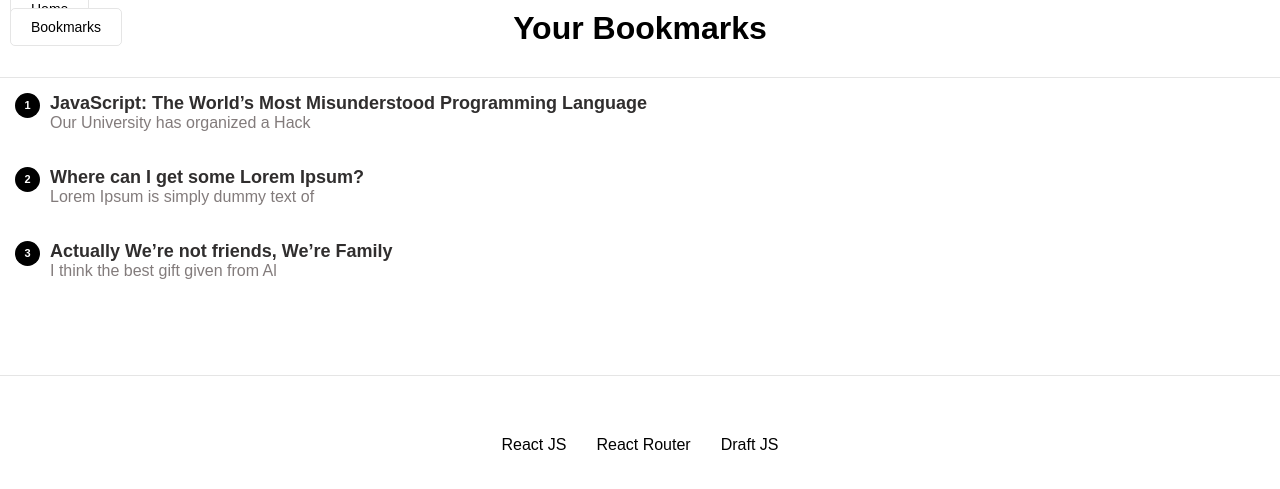
Repository: DevLaukey/task
Page: /react-mini-blog/bookmark
These files come from the project's save history. The page is drawn as it stood at one moment and after the next save; the edit follows.
The browser window is 1280 px wide. The pictures show the whole page.
The project was rebuilt for these pictures with package versions that can differ from the ones it lists, and the page was loaded fresh each time. Also part of the build but not shown: src/data.js, src/Components/content/Post.js, src/Components/content/Posts.js, src/Components/content/Content.js, src/Components/RichText/StyleButton.js, src/Components/RichText/BlockStyleControls.js, src/Components/RichText/InlineStyleControls.js, src/Components/posts/posts.css and 3 more.

Above is the page before, as saved 2022-06-13 13:45:40.

After the next save:
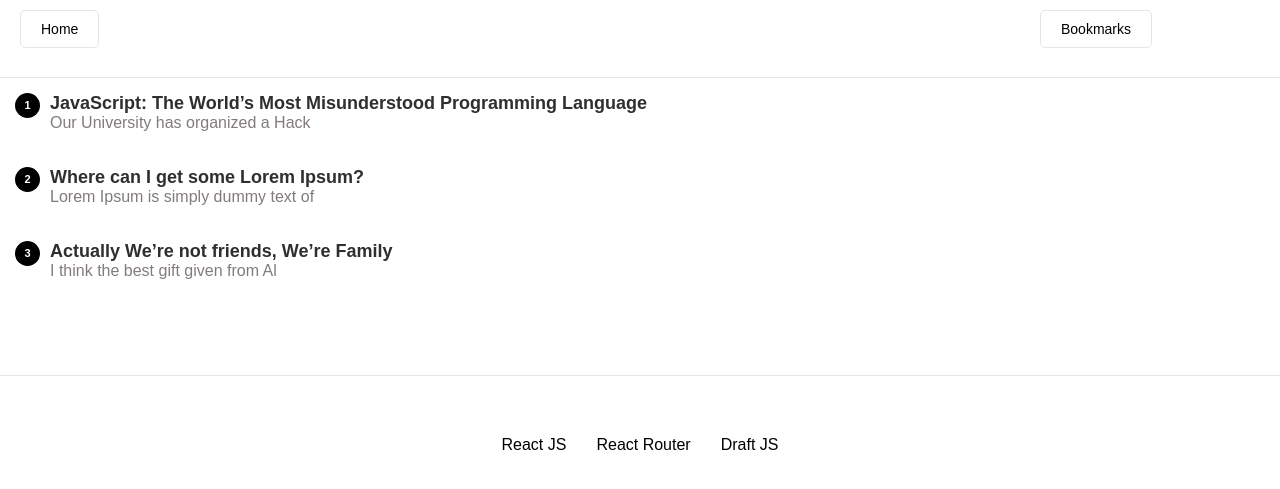
Saved 4 s later.
--- a/src/Components/header/header.css
+++ b/src/Components/header/header.css
@@ -3,7 +3,7 @@ header{
     background-color:white;
     position: fixed;
     top: 0;
-}
+
 }
 .navbar{
     display:flex;
